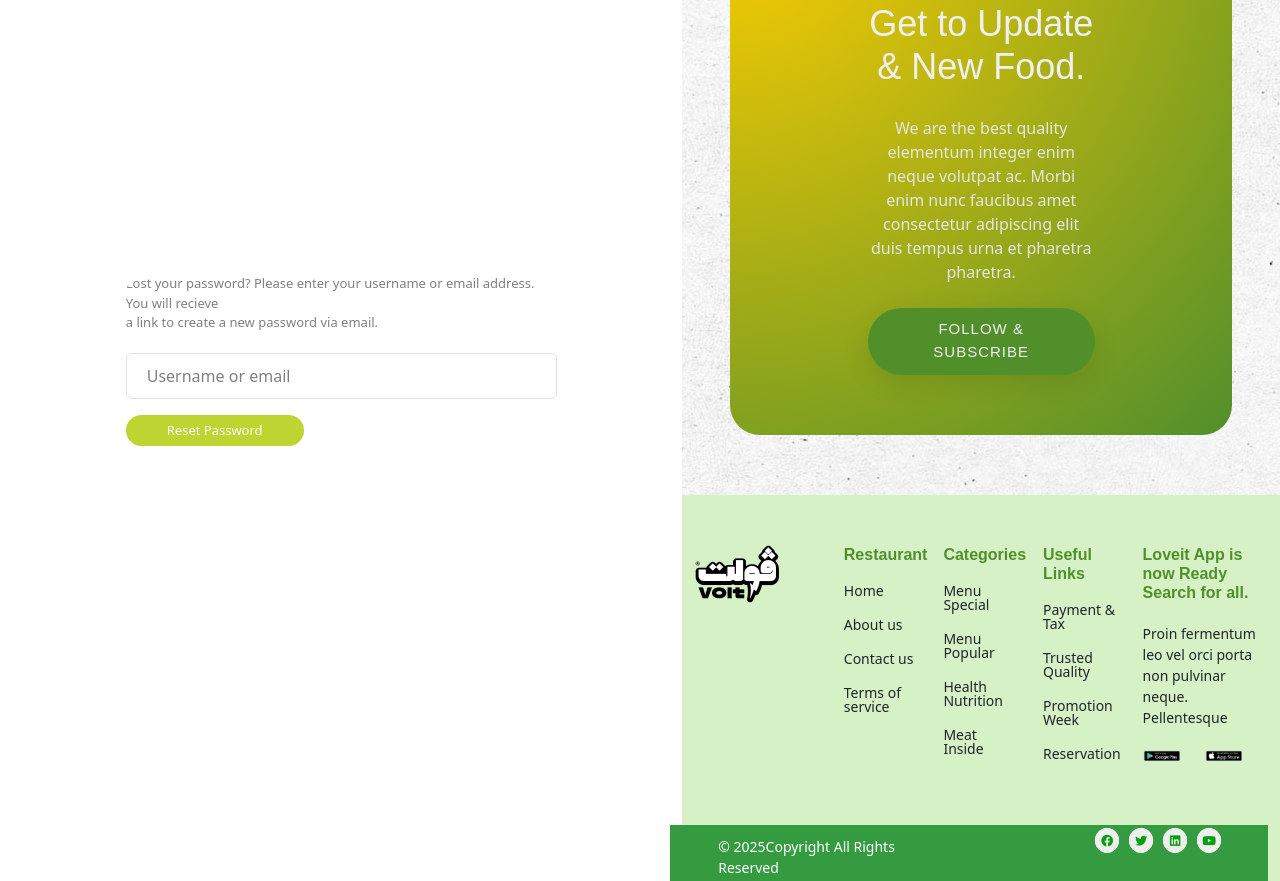
Repository: junivig/volt-new-project
Page: forgot-password.html
The author's editor kept a copy of each file at every save. The page is drawn from the files as they stood at one save, then again after the next save.
The browser window is 1280 px wide. The pictures show the whole page.

Above is the page before, as saved 2025-02-12 14:17:41.

After the next save:
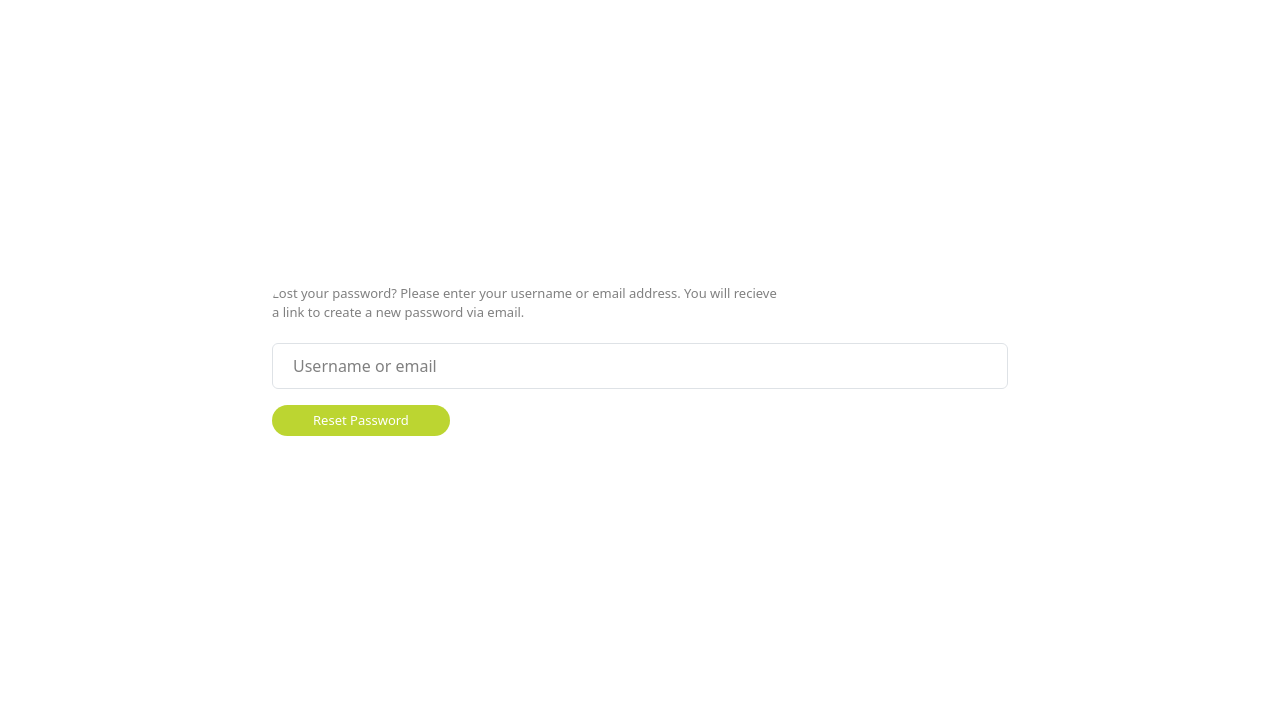
Saved 6 s later.
--- a/forgot-password.html
+++ b/forgot-password.html
@@ -69,21 +69,6 @@
     </div>
 
 
-       <!-- /Subscribe Footer Section -->
-  <!-- Footer will be loaded here -->
-  <div id="footer-placeholder"></div>
-
-  <script>
-    // Load footer.html into the placeholder div
-    fetch("footer.html")
-        .then(response => response.text())
-        .then(data => {
-            document.getElementById("footer-placeholder").innerHTML = data;
-        })
-        .catch(error => console.error("Error loading footer:", error));
-</script>
-
-    <script src="https://cdn.jsdelivr.net/npm/bootstrap@5.3.0/dist/js/bootstrap.bundle.min.js"></script>
     <script src="https://cdn.jsdelivr.net/npm/bootstrap@5.3.0/dist/js/bootstrap.bundle.min.js"></script>
 </body>
 </html>

After the save that followed:
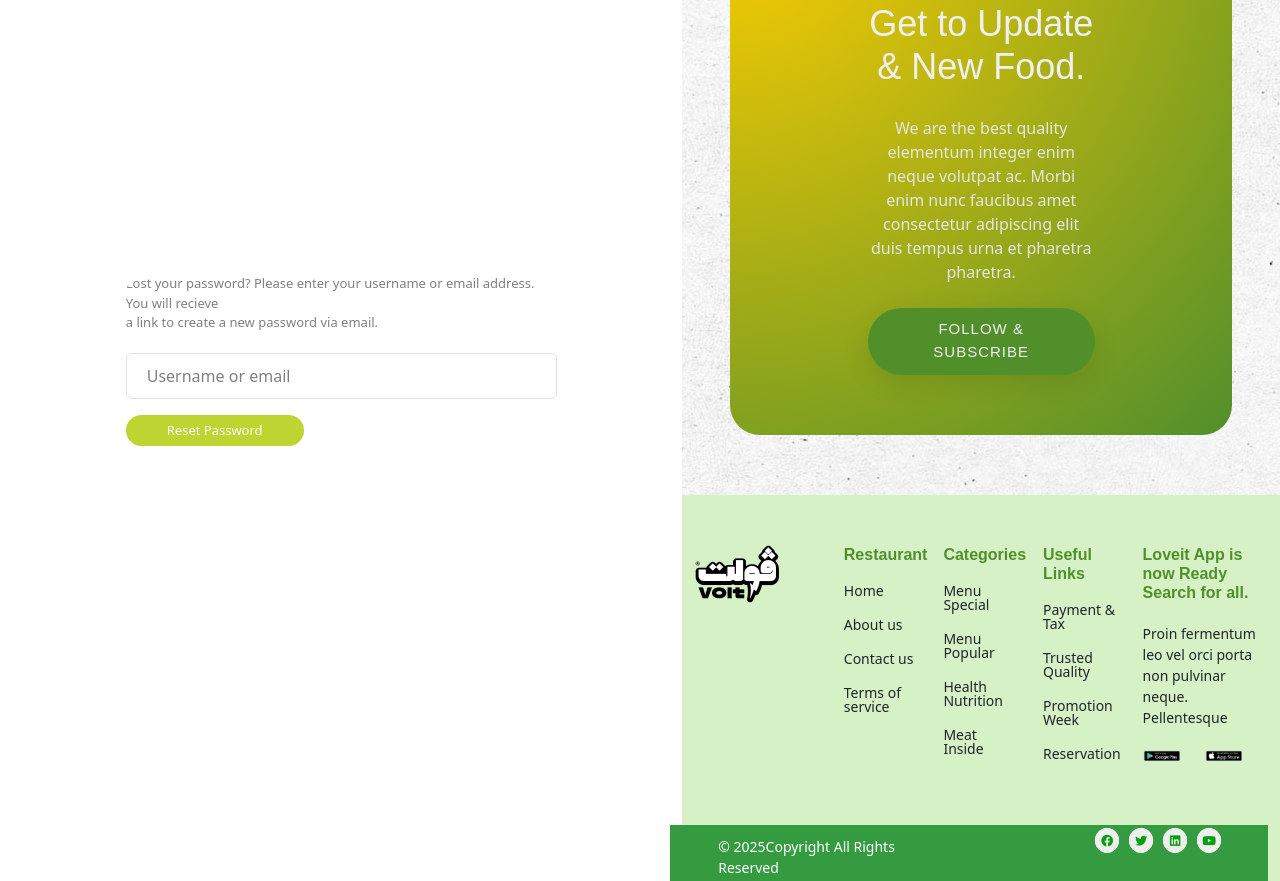
Saved 20 s later.
--- a/forgot-password.html
+++ b/forgot-password.html
@@ -69,6 +69,21 @@
     </div>
 
 
+       <!-- /Subscribe Footer Section -->
+  <!-- Footer will be loaded here -->
+  <div id="footer-placeholder"></div>
+
+  <script>
+    // Load footer.html into the placeholder div
+    fetch("footer.html")
+        .then(response => response.text())
+        .then(data => {
+            document.getElementById("footer-placeholder").innerHTML = data;
+        })
+        .catch(error => console.error("Error loading footer:", error));
+</script>
+
+    <script src="https://cdn.jsdelivr.net/npm/bootstrap@5.3.0/dist/js/bootstrap.bundle.min.js"></script>
     <script src="https://cdn.jsdelivr.net/npm/bootstrap@5.3.0/dist/js/bootstrap.bundle.min.js"></script>
 </body>
 </html>
